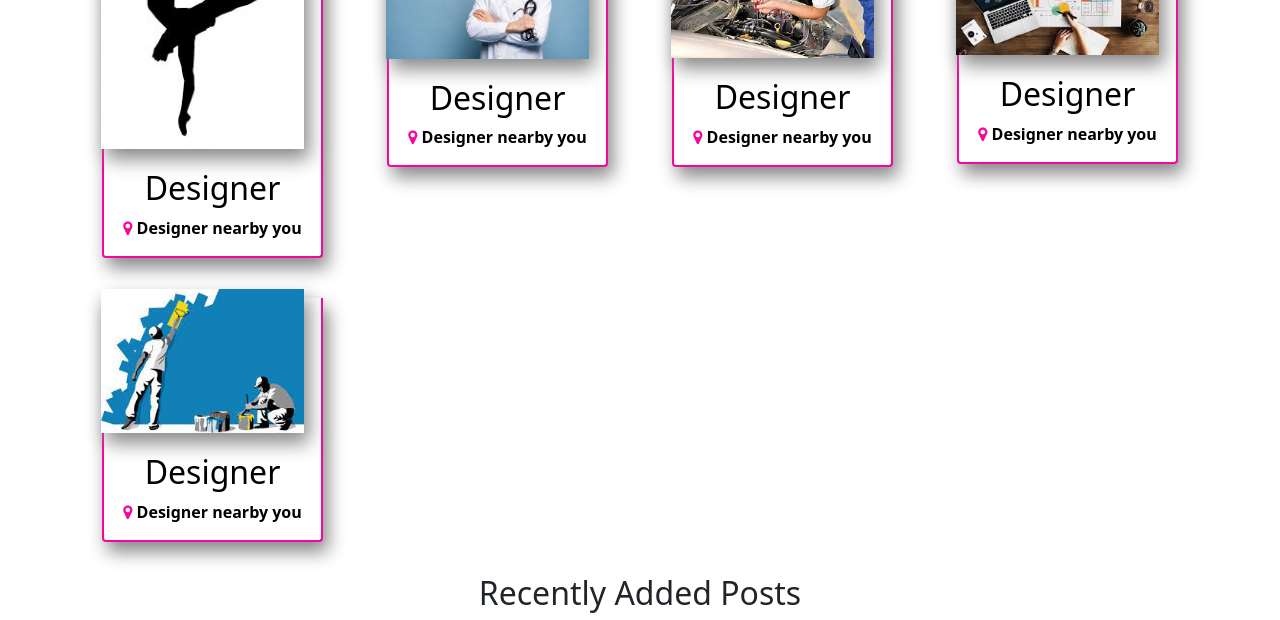
Repository: prathmesh2023/maylancers
Page: http://localhost/
The author's editor kept a copy of each file at every save. The page is drawn from the files as they stood at one save, then again after the next save.
The browser window is 1280 px wide. The pictures show the part of the page from y = 515 to 1135 px (the page is 1135 px tall).
Some web fonts or font styles are not loaded; a fallback is used. Some web libraries are served in a nearby version. The page is served by the project's application, run on Django 3.2 (manage.py). The page reads the database file committed with the project.

Above is the page before, as saved 2022-01-24 02:03:45.

After the next save:
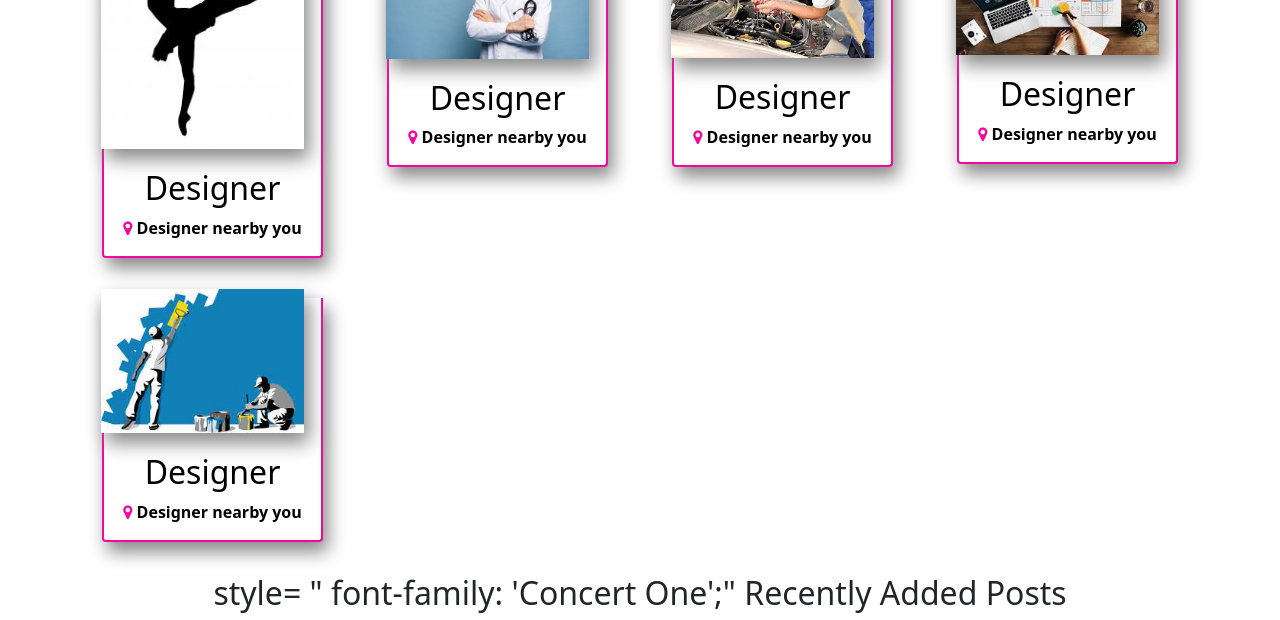
Saved 112 s later.
--- a/templates/home.html
+++ b/templates/home.html
@@ -133,7 +133,7 @@
 <br>
 
 <div class="container text-center">
-    <h2>Recently Added Posts</h2>
+    <h2> style= " font-family: 'Concert One';" Recently Added Posts</h2>
 </div>
 <style>
     .card {}

After the save that followed:
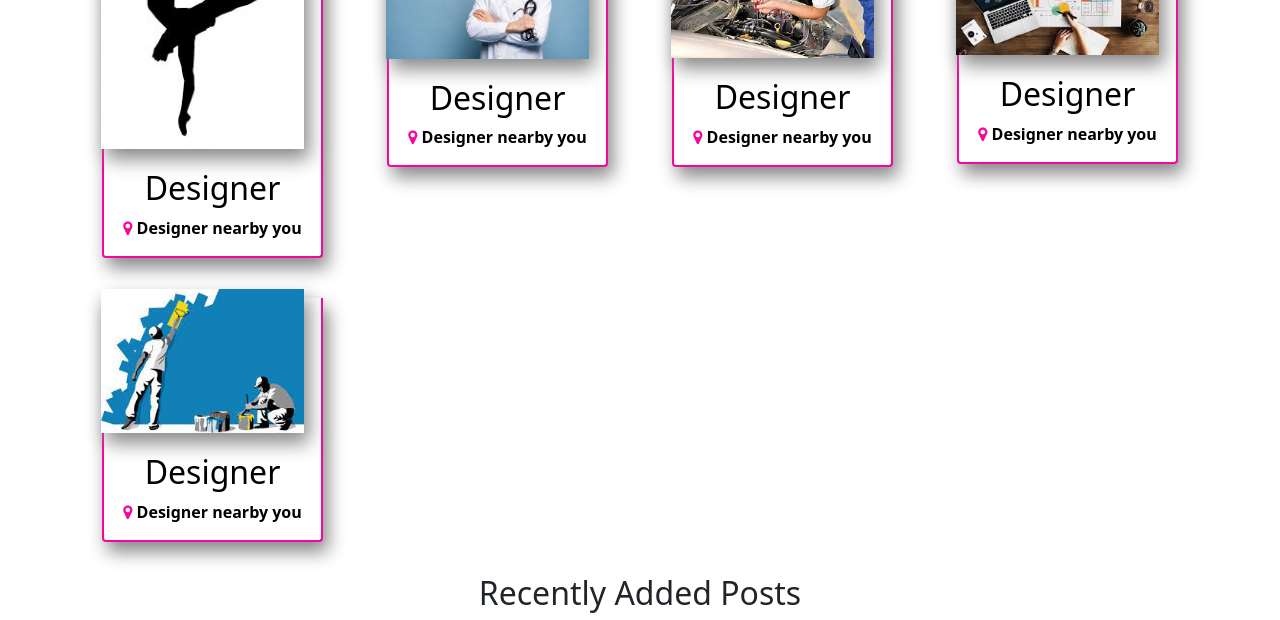
Saved 33 s later.
--- a/templates/home.html
+++ b/templates/home.html
@@ -133,7 +133,7 @@
 <br>
 
 <div class="container text-center">
-    <h2> style= " font-family: 'Concert One';" Recently Added Posts</h2>
+    <h2 style=" font-family:Concert One';"> Recently Added Posts</h2>
 </div>
 <style>
     .card {}
